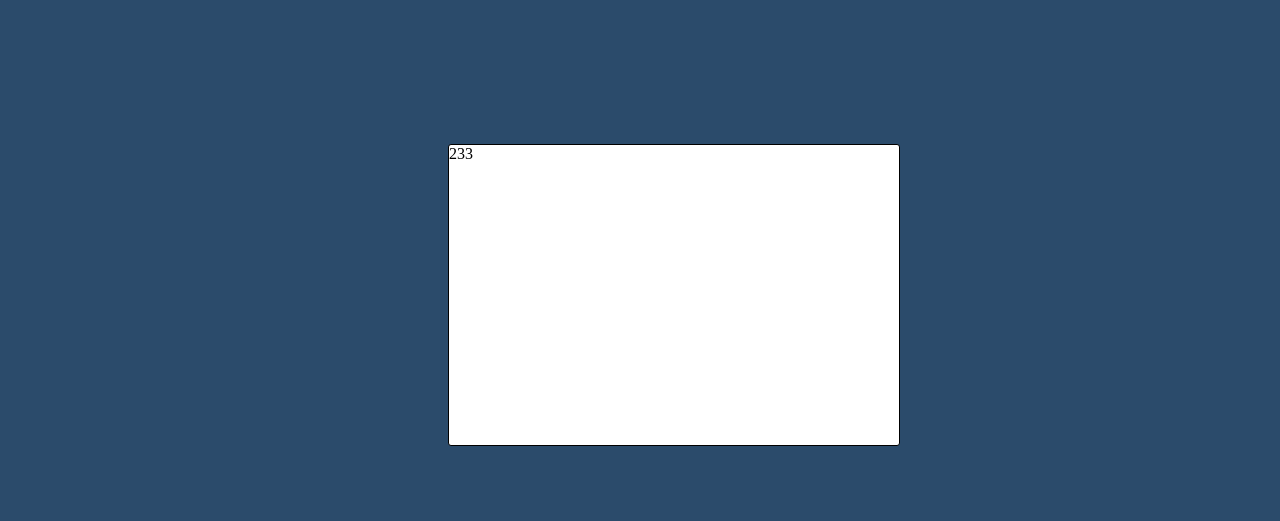
Repository: ShihaoHuang21/vue_shop
Page: /
An editor plug-in stored every save of this project. The page is shown before and after the next save, followed by the edit.
The browser window is 1280 px wide. The pictures show the whole page.
The project was rebuilt for these pictures with package versions that can differ from the ones it lists, and the page was loaded fresh each time.

Above is the page before, as saved 2020-12-01 21:56:11.

### src/main.js
import Vue from 'vue'
import App from './App.vue'
// 导入全局样式表
import './assets/css/global.css'
import './plugins/element.js'
import router from './router'
Vue.config.productionTip = false

new Vue({
  router,
  render: h => h(App)
}).$mount('#app')

### src/App.vue
<template>
  <div id="app">
    <router-view></router-view>
  </div>
</template>

<script>
export default {
  name: "app"
};
</script>

<style></style>

### src/assets/css/global.css
/* 全局样式 */
* {
  margin: 0px;
  padding: 0px;
}
html,
body,
#app {
  height: 100%;
  margin: 0px;
  padding: 0px;
}

### src/router/index.js
import Vue from 'vue'
import VueRouter from 'vue-router'
import Login from '../components/Login.vue'
Vue.use(VueRouter)

const routes = [
  {
    path: '/',
    redirect: '/login'
  },
  {
    path:'/login',
    component: Login
  }
]

const router = new VueRouter({
  routes
})

export default router

### src/components/Login.vue
<template>
  <div class="login_container">
    <div class="login_box">233</div>
  </div>
</template>

<script>
export default {
  name: "",
  components: {},
  data() {
    return {};
  }
};
</script>

<style scoped lang="less">
.login_container {
  background-color: #2b4b6b;
  // width: 100%;
  height: 100%;
}
.login_box {
  width: 450px;
  height: 300px;
  background-color: #fff;
  border: 1px #000 solid;
  border-radius: 3px;
  position: absolute;
  left: 35%;
  top: 20%;
}
</style>

Loaded but not shown: public/index.html (common file); src/plugins/element.js (common file)

After the next save:
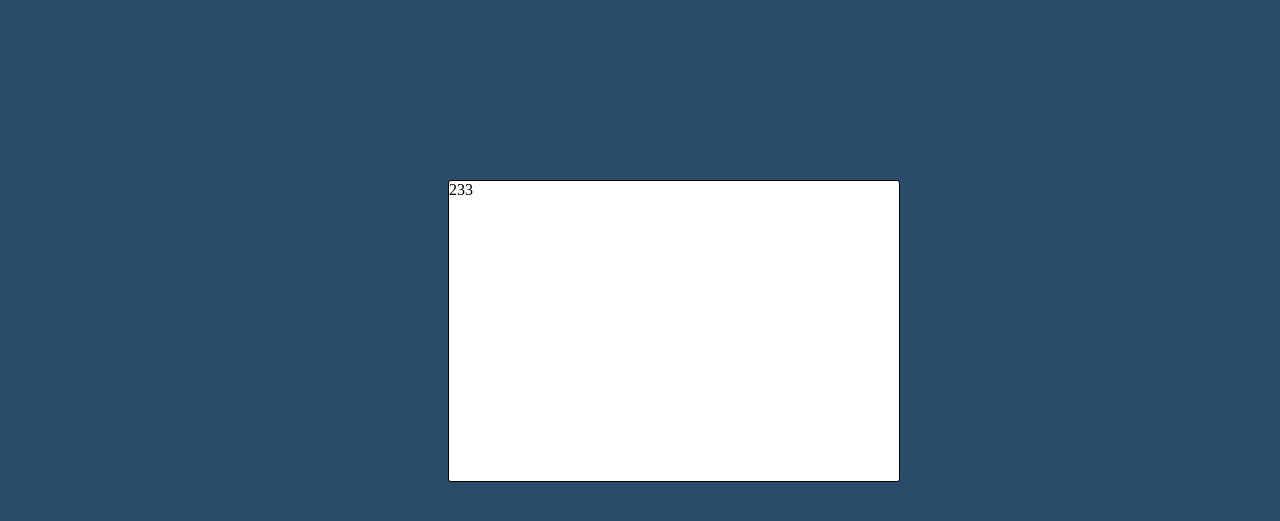
Saved 6 s later.
--- a/src/components/Login.vue
+++ b/src/components/Login.vue
@@ -28,6 +28,6 @@
   border-radius: 3px;
   position: absolute;
   left: 35%;
-  top: 20%;
+  top: 25%;
 }
 </style>
